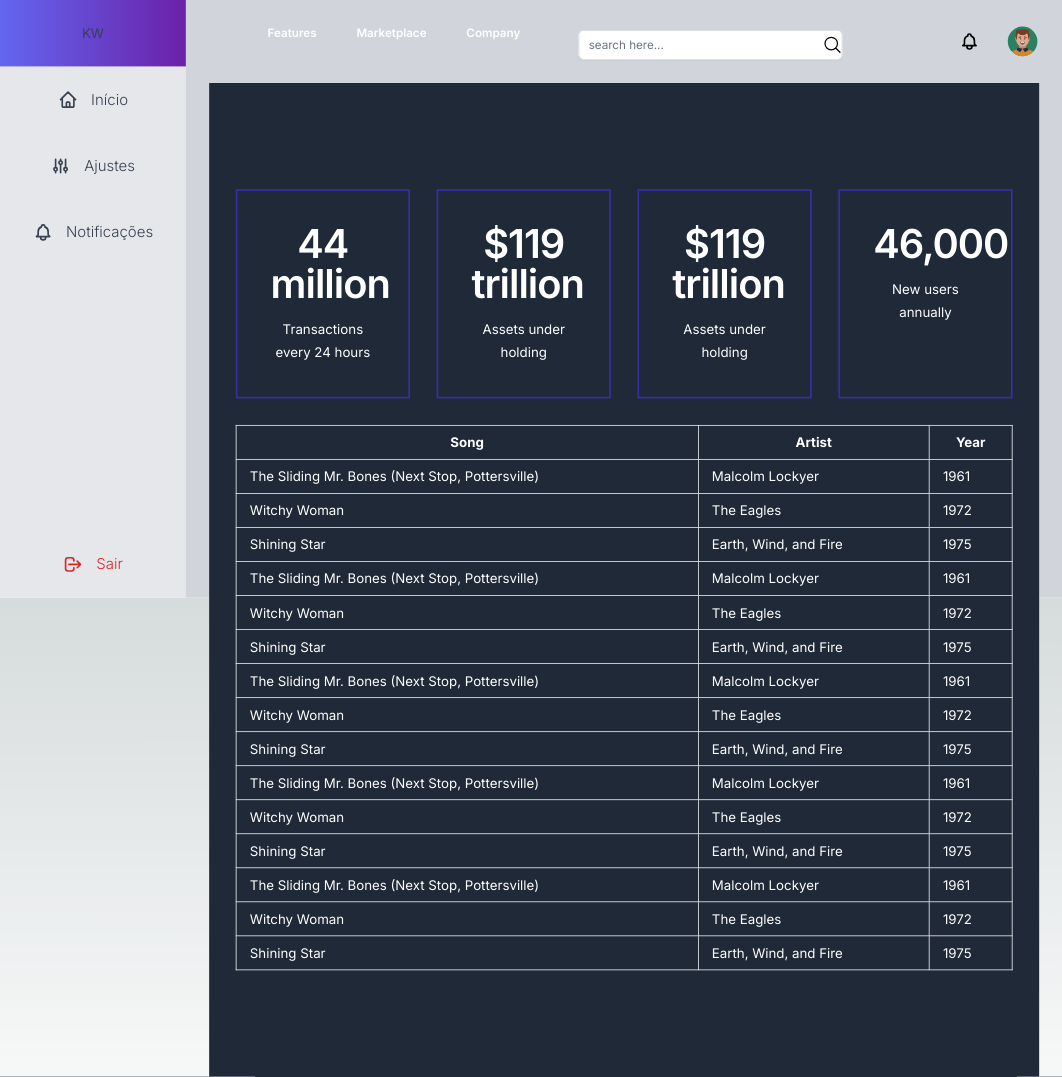
Repository: KennedyWanderson/AdminDashboard
Page: / (app in Code/admindashboard/)
The author's editor kept a copy of each file at every save. The page is drawn from the files as they stood at one save, then again after the next save.
The browser window is 1280 px wide. The pictures show the whole page, at 83% of full size.
The project was rebuilt for these pictures with package versions that can differ from the ones it lists, and the page was loaded fresh each time. The framework's server and built-in components were replaced by stand-ins that run in the browser. Also part of the build but not shown: Code/admindashboard/next.config.mjs.

Above is the page before, as saved 2024-06-23 16:18:01.

### Code/admindashboard/src/app/layout.js
import { Inter } from "next/font/google";
import "./globals.css";

const inter = Inter({ subsets: ["latin"] });

export const metadata = {
  title: "Admin Dashboard",
  description: "Generated by Kennedy Wanderson",
};

export default function RootLayout({ children }) {
  return (
    <html lang="en">
      <body className={inter.className}>{children}</body>
    </html>
  );
}

### Code/admindashboard/src/app/page.js
import Layout from "@/components/Layout";

export default function Home() {
  return (
    <Layout>
      Content
    </Layout>
  )
}

### Code/admindashboard/src/components/Layout.jsx
"use client";

import { useState } from "react";
import Content from "./Content";
import Header from "./Header";
import LateralMenu from "./LateralMenu";
import HomePage from "./Home";


export default function Layout() {
    const [activeComponent, setActiveComponent] = useState("HomePage");

    const renderActiveComponent = () => {
        switch (activeComponent) {
            case "HomePage":
                return <HomePage />;
            default:
                return <HomePage />;
        }
    };

    return (
        <div className={`flex h-screen w-screen`}>
            <LateralMenu setActiveComponent={setActiveComponent} />
            <div className={`
                flex flex-col w-full p-7
                bg-gray-300 dark:bg-gray-800
            `}>
                <Header />
                <Content>
                    {renderActiveComponent()}
                </Content>
            </div>
        </div>
    );
}

### Code/admindashboard/src/components/Content.jsx
export default function Content({ children }) {
    return (
        <div className={`
            flex flex-col mt-7
            dark:text-gray-200
        `}>
            {children}
        </div>
    );
}

### Code/admindashboard/src/components/Header.jsx
import AvatarUsuario from "./UserAvatar";
import { IconeSearch, IconeSino } from "./icons";

export default function Header({ titulo, subtitulo }) {


    return (
        <div className={`flex`}>
            <div>
                <h1 className={`
                font-black text-3xl
                text-gray-900 dark:text-gray-100
            `}>
                    {titulo}
                </h1>
                <h2 className={`
                font-light text-sm
                dark:text-gray-300
            `}>
                    {subtitulo}
                </h2>
            </div>
            <header className="flex flex-grow justify-center text-white">
                <nav className=" justify-center" aria-label="Global">

                    <div className="hidden lg:flex lg:gap-x-12">

                        <a href="#" className="text-sm font-semibold leading-6 text-white">Features</a>
                        <a href="#" className="text-sm font-semibold leading-6 text-white">Marketplace</a>
                        <a href="#" className="text-sm font-semibold leading-6 text-white">Company</a>
                    </div>


                </nav>

            </header>
            <div>
                <div className="relative mt-2 rounded-md shadow-sm">
                    <div className="pointer-events-none absolute inset-y-0 left-0 flex items-center pl-3">
                        <span className="text-gray-500 sm:text-sm">search here...</span>
                    </div>
                    <input type="text" name="search" id="search" className="block w-full rounded-md border-0 py-1.5 pl-7 pr-20 text-gray-900 ring-1 ring-inset ring-gray-300 placeholder:text-gray-400 focus:ring-2 focus:ring-inset focus:ring-indigo-600 sm:text-sm sm:leading-6" />
                    <div className="absolute inset-y-0 right-0 flex items-center">
                        {IconeSearch}
                    </div>
                </div>
            </div>

            <div className={`flex flex-grow justify-end items-center gap-8`}>

                {IconeSino}
                <AvatarUsuario />
            </div>
        </div>
    )
}

### Code/admindashboard/src/components/LateralMenu.jsx
"use client";

import MenuItem from "./ItemMenu";
import { IconeAjustes, IconeCasa, IconeSair, IconeSino } from "./icons";

export default function LateralMenu({ setActiveComponent }) {
    return (
        <aside className={`
            flex flex-col items-center
            bg-gray-200 text-gray-700
            dark:bg-gray-900
        `}>
            <div className={`
                flex flex-col items-center justify-center
                bg-gradient-to-r from-indigo-500 to-purple-800
                h-20 w-56
            `}>
                KW
            </div>
            <ul className="flex-grow">
                <MenuItem
                    texto="Início"
                    icone={IconeCasa}
                    onClick={() => setActiveComponent('HomePage')}
                />
                <MenuItem
                    texto="Ajustes"
                    icone={IconeAjustes}
                    onClick={() => setActiveComponent('Ajustes')}
                />
                <MenuItem
                    texto="Notificações"
                    icone={IconeSino}
                    onClick={() => setActiveComponent('Notificacoes')}
                />
            </ul>
            <ul>
                <MenuItem
                    texto="Sair"
                    icone={IconeSair}
                    className={`
                        text-red-600 dark:text-red-400
                        hover:bg-red-400 hover:text-white
                        dark:hover:text-white
                    `}
                />
            </ul>
        </aside>
    );
}

### Code/admindashboard/src/components/Home.jsx
export default function HomePage() {
    return (
        <div className="py-24 sm:py-32 bg-gray-800">
            <div className="mx-auto max-w-7xl px-6 lg:px-8">
                <dl className="grid grid-cols-1 gap-x-8 gap-y-16 text-center w-full lg:grid-cols-4">
                    <div className="mx-auto flex max-w-xs flex-col w-full border-2 p-10 border-indigo-800 gap-y-4">
                        <dt className="text-base leading-7 text-white">Transactions every 24 hours</dt>
                        <dd className="order-first text-3xl font-semibold tracking-tight text-white sm:text-5xl">44 million</dd>
                    </div>
                    <div className="mx-auto flex max-w-xs flex-col w-full border-2 p-10 border-indigo-800 gap-y-4">
                        <dt className="text-base leading-7 text-white">Assets under holding</dt>
                        <dd className="order-first text-3xl font-semibold tracking-tight text-white sm:text-5xl">$119 trillion</dd>
                    </div>
                    <div className="mx-auto flex max-w-xs flex-col w-full border-2 p-10 border-indigo-800 gap-y-4">
                        <dt className="text-base leading-7 text-white">Assets under holding</dt>
                        <dd className="order-first text-3xl font-semibold tracking-tight text-white sm:text-5xl">$119 trillion</dd>
                    </div>
                    <div className="mx-auto flex max-w-xs flex-col w-full border-2 p-10 border-indigo-800 gap-y-4">
                        <dt className="text-base leading-7 text-white">New users annually</dt>
                        <dd className="order-first text-3xl font-semibold tracking-tight text-white sm:text-5xl">46,000</dd>
                    </div>
                </dl>

                <table className="table-auto w-full mt-8 text-white">
                    <thead>
                        <tr className="">
                            <th className="px-4 py-2 border">Song</th>
                            <th className="px-4 py-2 border">Artist</th>
                            <th className="px-4 py-2 border">Year</th>
                        </tr>
                    </thead>
                    <tbody>
                        <tr className="">
                            <td className="px-4 py-2 border">The Sliding Mr. Bones (Next Stop, Pottersville)</td>
                            <td className="px-4 py-2 border">Malcolm Lockyer</td>
                            <td className="px-4 py-2 border">1961</td>
                        </tr>
                        <tr className="">
                            <td className="px-4 py-2 border">Witchy Woman</td>
                            <td className="px-4 py-2 border">The Eagles</td>
                            <td className="px-4 py-2 border">1972</td>
                        </tr>
                        <tr className="">
                            <td className="px-4 py-2 border">Shining Star</td>
                            <td className="px-4 py-2 border">Earth, Wind, and Fire</td>
                            <td className="px-4 py-2 border">1975</td>
                        </tr>
                        <tr className="">
                            <td className="px-4 py-2 border">The Sliding Mr. Bones (Next Stop, Pottersville)</td>
                            <td className="px-4 py-2 border">Malcolm Lockyer</td>
                            <td className="px-4 py-2 border">1961</td>
                        </tr>
                        <tr className="">
                            <td className="px-4 py-2 border">Witchy Woman</td>
                            <td className="px-4 py-2 border">The Eagles</td>
                            <td className="px-4 py-2 border">1972</td>
                        </tr>
                        <tr className="">
                            <td className="px-4 py-2 border">Shining Star</td>
                            <td className="px-4 py-2 border">Earth, Wind, and Fire</td>
                            <td className="px-4 py-2 border">1975</td>
                        </tr>
                        <tr className="">
                            <td className="px-4 py-2 border">The Sliding Mr. Bones (Next Stop, Pottersville)</td>
                            <td className="px-4 py-2 border">Malcolm Lockyer</td>
                            <td className="px-4 py-2 border">1961</td>
                        </tr>
                        <tr className="">
                            <td className="px-4 py-2 border">Witchy Woman</td>
                            <td className="px-4 py-2 border">The Eagles</td>
                            <td className="px-4 py-2 border">1972</td>
                        </tr>
                        <tr className="">
                            <td className="px-4 py-2 border">Shining Star</td>
                            <td className="px-4 py-2 border">Earth, Wind, and Fire</td>
                            <td className="px-4 py-2 border">1975</td>
                        </tr>
                        <tr className="">
                            <td className="px-4 py-2 border">The Sliding Mr. Bones (Next Stop, Pottersville)</td>
                            <td className="px-4 py-2 border">Malcolm Lockyer</td>
                            <td className="px-4 py-2 border">1961</td>
                        </tr>
                        <tr className="">
                            <td className="px-4 py-2 border">Witchy Woman</td>
                            <td className="px-4 py-2 border">The Eagles</td>
                            <td className="px-4 py-2 border">1972</td>
                        </tr>
                        <tr className="">
                            <td className="px-4 py-2 border">Shining Star</td>
                            <td className="px-4 py-2 border">Earth, Wind, and Fire</td>
                            <td className="px-4 py-2 border">1975</td>
                        </tr>
                        <tr className="">
                            <td className="px-4 py-2 border">The Sliding Mr. Bones (Next Stop, Pottersville)</td>
                            <td className="px-4 py-2 border">Malcolm Lockyer</td>
                            <td className="px-4 py-2 border">1961</td>
                        </tr>
                        <tr className="">
                            <td className="px-4 py-2 border">Witchy Woman</td>
                            <td className="px-4 py-2 border">The Eagles</td>
                            <td className="px-4 py-2 border">1972</td>
                        </tr>
                        <tr className="">
                            <td className="px-4 py-2 border">Shining Star</td>
                            <td className="px-4 py-2 border">Earth, Wind, and Fire</td>
                            <td className="px-4 py-2 border">1975</td>
                        </tr>

                    </tbody>
                </table>
            </div>
        </div>
    )
}

### Code/admindashboard/src/components/UserAvatar.jsx


export default function AvatarUsuario({className}) {
    return (
            <img
                src={'/images/avatar.svg'}
                alt="Avatar do Usuário"
                className={`
                    h-10 w-10 rounded-full cursor-pointer
                    ${className}
                `}
            />

    )
}

### Code/admindashboard/src/components/icons/index.jsx
// Pra mais icones acessar... https://heroicons.com/

export const IconeSearch = (
    <svg xmlns="http://www.w3.org/2000/svg" fill="none" viewBox="0 0 24 24" strokeWidth={1.5} stroke="currentColor" className="size-6">
  <path strokeLinecap="round" strokeLinejoin="round" d="m21 21-5.197-5.197m0 0A7.5 7.5 0 1 0 5.196 5.196a7.5 7.5 0 0 0 10.607 10.607Z" />
</svg>


)

export const IconeCasa = (
    <svg xmlns="http://www.w3.org/2000/svg" className="h-6 w-6" fill="none" viewBox="0 0 24 24" stroke="currentColor">
        <path strokeLinecap="round" strokeLinejoin="round" strokeWidth={2} d="M3 12l2-2m0 0l7-7 7 7M5 10v10a1 1 0 001 1h3m10-11l2 2m-2-2v10a1 1 0 01-1 1h-3m-6 0a1 1 0 001-1v-4a1 1 0 011-1h2a1 1 0 011 1v4a1 1 0 001 1m-6 0h6" />
    </svg>
)

export const IconeAjustes = (
    <svg xmlns="http://www.w3.org/2000/svg" className="h-6 w-6" fill="none" viewBox="0 0 24 24" stroke="currentColor">
        <path strokeLinecap="round" strokeLinejoin="round" strokeWidth={2} d="M12 6V4m0 2a2 2 0 100 4m0-4a2 2 0 110 4m-6 8a2 2 0 100-4m0 4a2 2 0 110-4m0 4v2m0-6V4m6 6v10m6-2a2 2 0 100-4m0 4a2 2 0 110-4m0 4v2m0-6V4" />
    </svg>
)

export const IconeSino = (
    <svg xmlns="http://www.w3.org/2000/svg" className="h-6 w-6" fill="none" viewBox="0 0 24 24" stroke="currentColor">
        <path strokeLinecap="round" strokeLinejoin="round" strokeWidth={2} d="M15 17h5l-1.405-1.405A2.032 2.032 0 0118 14.158V11a6.002 6.002 0 00-4-5.659V5a2 2 0 10-4 0v.341C7.67 6.165 6 8.388 6 11v3.159c0 .538-.214 1.055-.595 1.436L4 17h5m6 0v1a3 3 0 11-6 0v-1m6 0H9" />
    </svg>
)

export const IconeSair = (
    <svg xmlns="http://www.w3.org/2000/svg" className="h-6 w-6" fill="none" viewBox="0 0 24 24" stroke="currentColor">
        <path strokeLinecap="round" strokeLinejoin="round" strokeWidth={2} d="M17 16l4-4m0 0l-4-4m4 4H7m6 4v1a3 3 0 01-3 3H6a3 3 0 01-3-3V7a3 3 0 013-3h4a3 3 0 013 3v1" />
    </svg>
)

export const IconeSol = (tamanho = 6) => (
    <svg xmlns="http://www.w3.org/2000/svg" className={`h-${tamanho} w-${tamanho}`} fill="none" viewBox="0 0 24 24" stroke="currentColor">
        <path strokeLinecap="round" strokeLinejoin="round" strokeWidth={2} d="M12 3v1m0 16v1m9-9h-1M4 12H3m15.364 6.364l-.707-.707M6.343 6.343l-.707-.707m12.728 0l-.707.707M6.343 17.657l-.707.707M16 12a4 4 0 11-8 0 4 4 0 018 0z" />
    </svg>
)

export const IconeLua = (tamanho = 6) => (
    <svg xmlns="http://www.w3.org/2000/svg" className={`h-${tamanho} w-${tamanho}`} fill="none" viewBox="0 0 24 24" stroke="currentColor">
        <path strokeLinecap="round" strokeLinejoin="round" strokeWidth={2} d="M20.354 15.354A9 9 0 018.646 3.646 9.003 9.003 0 0012 21a9.003 9.003 0 008.354-5.646z" />
    </svg>
)

export const IconeAtencao = (tamanho = 1) => (
    <svg xmlns="http://www.w3.org/2000/svg" className={`h-${tamanho} w-${tamanho}`} fill="none" viewBox="0 0 24 24" stroke="currentColor">
        <path strokeLinecap="round" strokeLinejoin="round" strokeWidth={2} d="M12 9v2m0 4h.01m-6.938 4h13.856c1.54 0 2.502-1.667 1.732-3L13.732 4c-.77-1.333-2.694-1.333-3.464 0L3.34 16c-.77 1.333.192 3 1.732 3z" />
    </svg>
)

### Code/admindashboard/src/components/ItemMenu.jsx

export default function MenuItem({ texto, icone, url, className, onClick }) {
    function renderizarLink() {
        return (
            <div className={`
                flex justify-center items-center
                h-20 w-56 gap-4
                dark:text-gray-200
                ${className}
            `}>
                {icone}
                <span className="text-lg font-light">
                    {texto}
                </span>
            </div>
        );
    }

    return (
        <li
            onClick={onClick}
            className={`
                hover:bg-gray-100 dark:hover:bg-gray-800
                cursor-pointer
            `}
        >
            {url ? (
                <a href={url}>
                    {renderizarLink()}
                </a>
            ) : (
                renderizarLink()
            )}
        </li>
    );
}

Loaded but not shown: Code/admindashboard/src/app/globals.css (common file); Code/admindashboard/tailwind.config.js (common file)

After the next save:
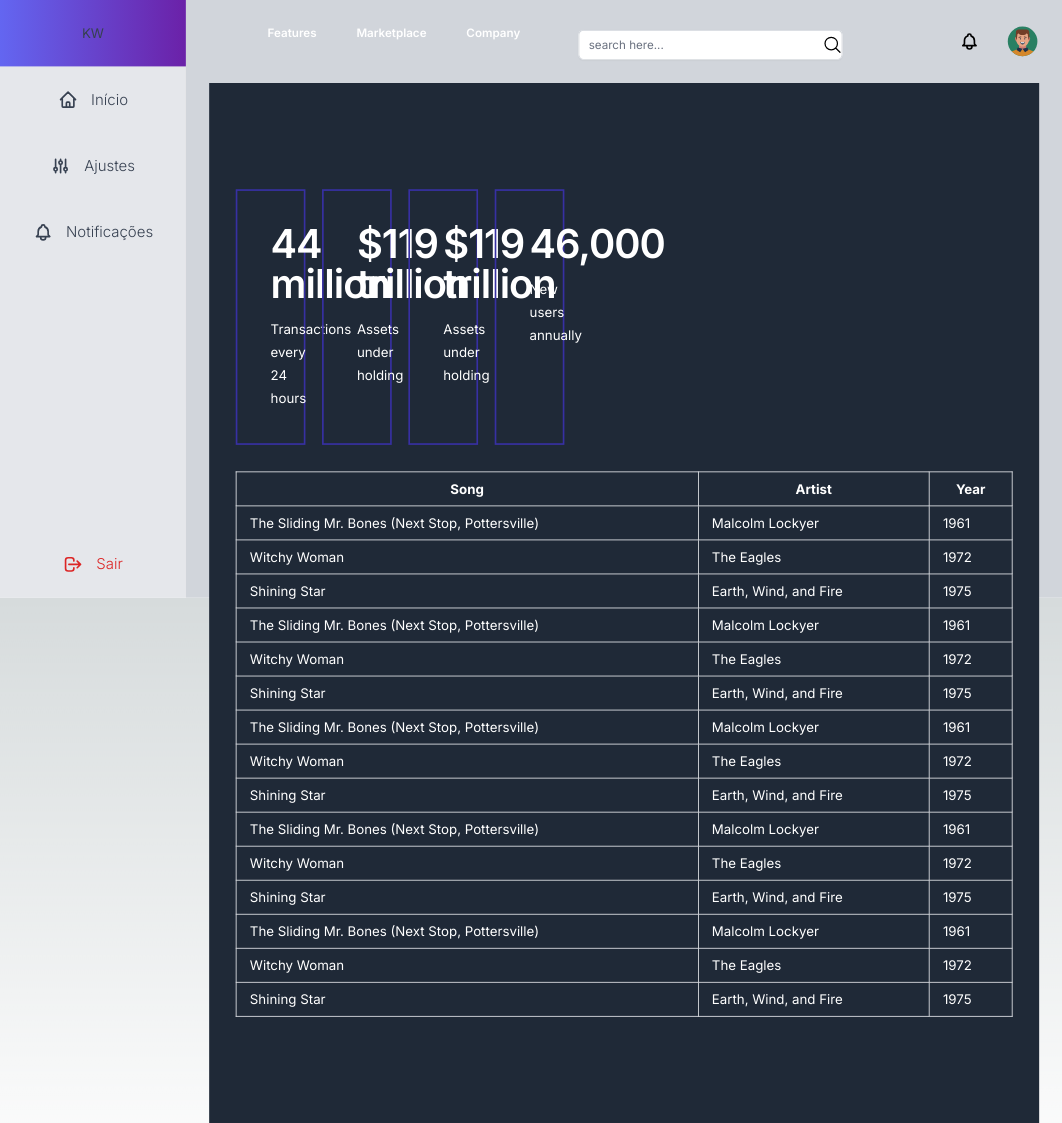
Saved 12 s later.
--- a/Code/admindashboard/src/components/Home.jsx
+++ b/Code/admindashboard/src/components/Home.jsx
@@ -2,7 +2,7 @@ export default function HomePage() {
     return (
         <div className="py-24 sm:py-32 bg-gray-800">
             <div className="mx-auto max-w-7xl px-6 lg:px-8">
-                <dl className="grid grid-cols-1 gap-x-8 gap-y-16 text-center w-full lg:grid-cols-4">
+                <dl className="grid grid-cols-1 gap-x-8 gap-y-16 text-center w-96 lg:grid-cols-4">
                     <div className="mx-auto flex max-w-xs flex-col w-full border-2 p-10 border-indigo-800 gap-y-4">
                         <dt className="text-base leading-7 text-white">Transactions every 24 hours</dt>
                         <dd className="order-first text-3xl font-semibold tracking-tight text-white sm:text-5xl">44 million</dd>
